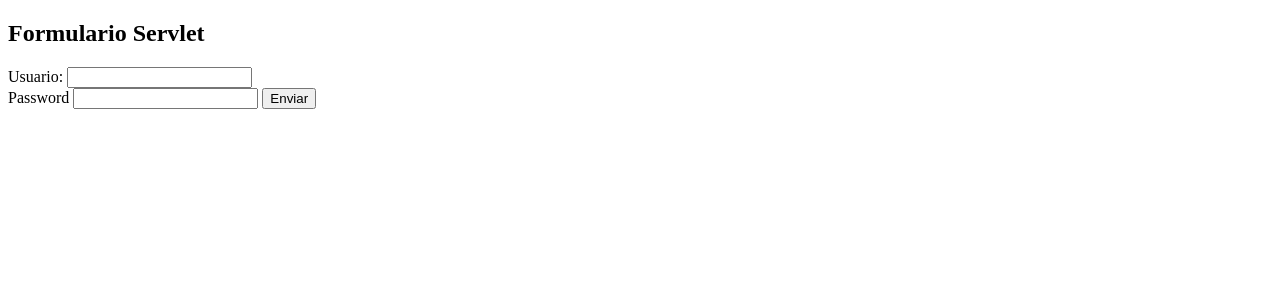
Repository: SRubiRosales/JavaBasico
Page: http://localhost/ManejoParametros/
The author's editor kept a copy of each file at every save. The page is drawn from the files as they stood at one save, then again after the next save.
The browser window is 1280 px wide. The pictures show the whole page.
The page is served by Tomcat 9. Other server files are loaded and not shown.

Above is the page before, as saved 2022-04-25 20:23:04.

### ManejoParametros/src/main/webapp/index.jsp
<!DOCTYPE html>
<html>
	<head>
		<title>Formulario Servlet</title>
		<meta http-equiv="Content-Type" content="text/html; charset=UTF-8">
	</head>
	<body>
		<h2>Formulario Servlet</h2>
		<form name="form1" action="/Servlet" method="POST"><!-- El formulario responde al servlet del action -->
			Usuario: <input type="text" name="usuario"/>
			<br>
			Password <input type="password" name="password"/>
			<input type="submit" value="Enviar"/>
		</form>
	</body>
</html>

After the next save:
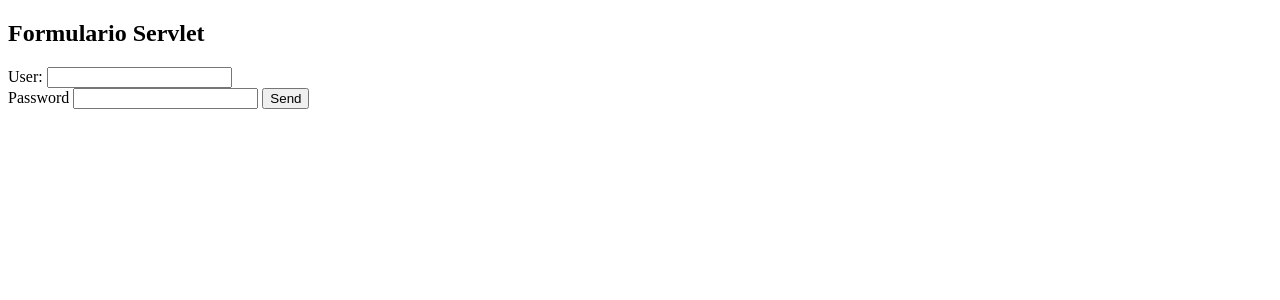
Saved 9 s later.
--- a/ManejoParametros/src/main/webapp/index.jsp
+++ b/ManejoParametros/src/main/webapp/index.jsp
@@ -7,10 +7,10 @@
 	<body>
 		<h2>Formulario Servlet</h2>
 		<form name="form1" action="/Servlet" method="POST"><!-- El formulario responde al servlet del action -->
-			Usuario: <input type="text" name="usuario"/>
+			User: <input type="text" name="usuario"/>
 			<br>
 			Password <input type="password" name="password"/>
-			<input type="submit" value="Enviar"/>
+			<input type="submit" value="Send"/>
 		</form>
 	</body>
 </html>
